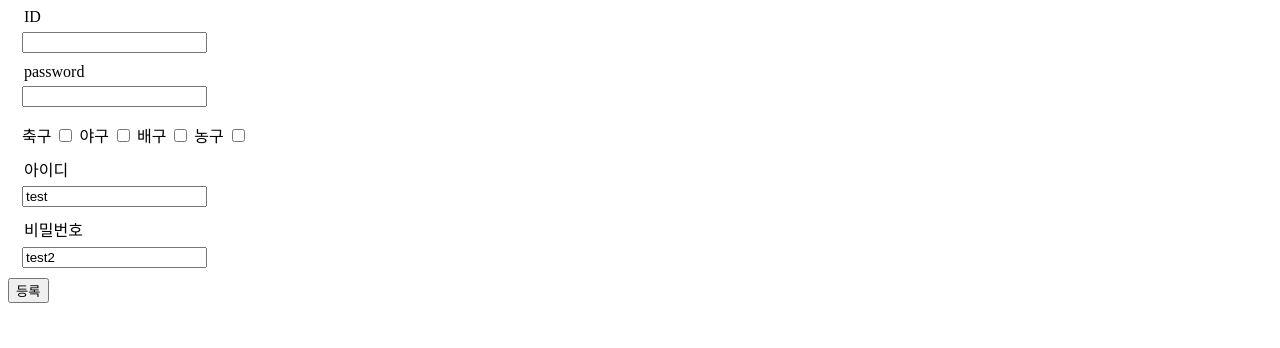
Repository: mireu930/Serverlet_App
Page: src/build/classes/webapp/template/sample_form.html
An editor plug-in stored every save of this project. The page is shown before and after the next save, followed by the edit.
The browser window is 1280 px wide. The pictures show the whole page.

Above is the page before, as saved 2025-02-07 16:21:19.

### src/build/classes/webapp/template/sample_form.html
<!DOCTYPE html>
<html lang="en">
<head>
  <meta charset="UTF-8">
  <meta name="viewport" content="width=device-width, initial-scale=1.0">
  <title>Document</title>
  <style>
    fieldset {
      border:0;
    }
  </style>
</head>
<body>
  <form>
    <fieldset>
      <legend>ID</legend>
      <input type = "text">
    </fieldset>
    <fieldset>
      <legend>password</legend>
      <input type = "password">

    </fieldset>
    <fieldset>

      <label for ="p1">축구</label>
      <input type = "checkbox" id = "p1">
      <label for ="p2">야구</label>
      <input type = "checkbox" id = "p2">
      <label for ="p3">배구</label>
      <input type = "checkbox" id = "p3">
      <label for ="p4">농구</label>
      <input type = "checkbox" id = "p4">
    </fieldset>

    <fieldset>
      <legend>아이디</legend>
        <input type = "text" name = "department_name" value = "test">
    </fieldset>
    <fieldset>
      <legend>비밀번호</legend>
      <input type = "text" name = "manager_id" value = "test2">
    </fieldset>

      <input type = "submit" value ="등록">


  </form>
</body>
</html>

After the next save:
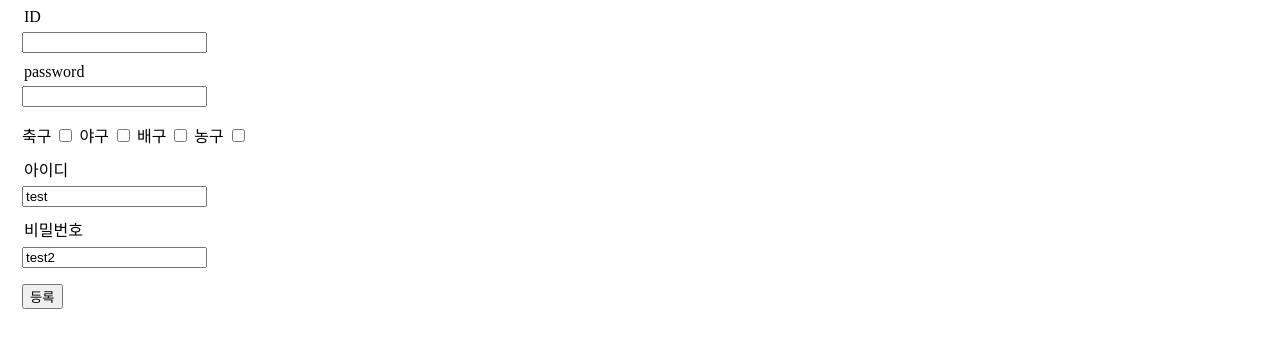
Saved 18 s later.
--- a/src/build/classes/webapp/template/sample_form.html
+++ b/src/build/classes/webapp/template/sample_form.html
@@ -41,8 +41,9 @@
       <legend>비밀번호</legend>
       <input type = "text" name = "manager_id" value = "test2">
     </fieldset>
-
-      <input type = "submit" value ="등록">
+      <fieldset>
+        <input type = "submit" value ="등록">
+      </fieldset>
 
 
   </form>
